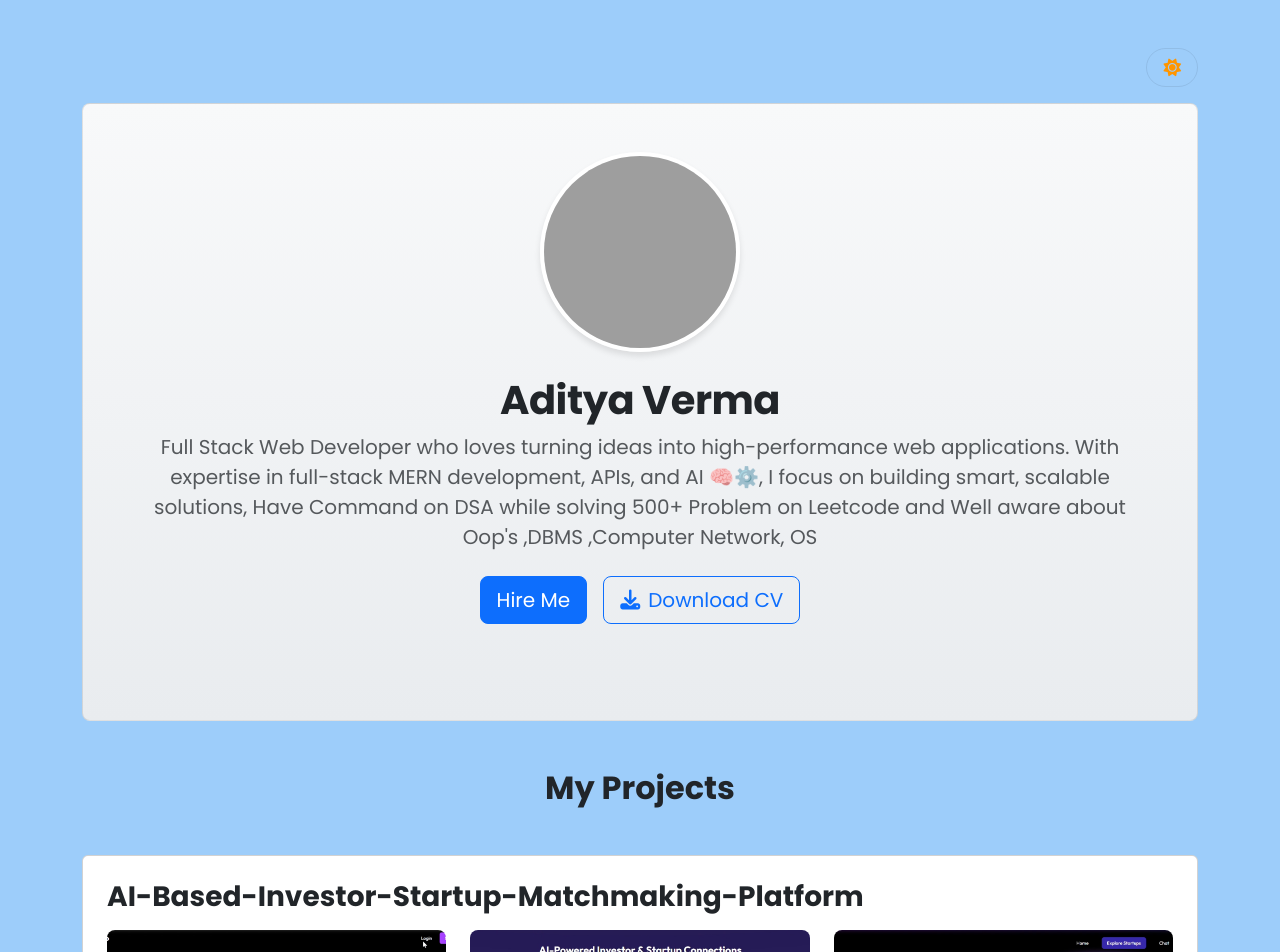
Repository: AdityaTech-Pro/Portfolio-Aditya-Verma
Page: Aditya Portfolio/index.html
An editor plug-in stored every save of this project. The page is shown before and after the next save, followed by the edit.
The browser window is 1280 px wide. The pictures show the part of the page from y = 0 to 952 px (the page is 4999 px tall before and 5135 px after).
Pictures or frames that could not be fetched are drawn as grey boxes.

Above is the page before, as saved 2026-01-07 23:18:35.

After the next save:
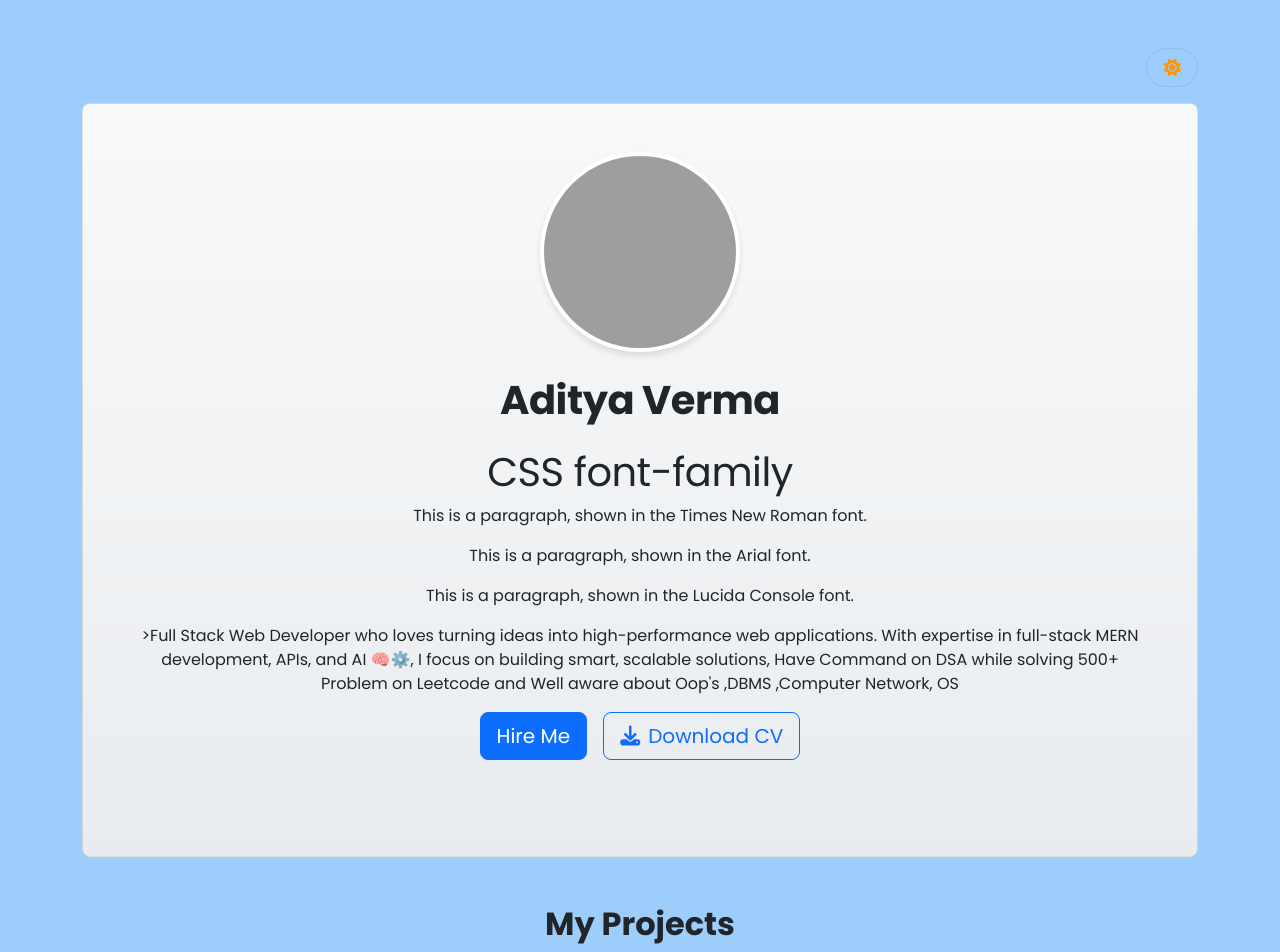
Saved 11 s later.
--- a/Aditya Portfolio/index.html
+++ b/Aditya Portfolio/index.html
@@ -221,8 +221,34 @@
             <img src="https://avatars.githubusercontent.com/u/219658559?s=400&u=7e5a78b2bf82817b3f897e4e53b1019b24af58ee&v=4" alt="Profile Picture" class="profile-img img-fluid rounded-circle mb-4">
 
             <h1 class="fw-bold mb-2">Aditya Verma</h1>
-            <p class="text-muted fs-5 mb-4" font>Full Stack Web Developer who loves turning ideas into high-performance web applications. With expertise in full-stack MERN development, APIs, and AI 🧠⚙️, I focus on building smart, scalable solutions, Have Command on DSA while solving 500+
-                Problem on Leetcode and Well aware about Oop's ,DBMS ,Computer Network, OS</p>
+            <p class="text-muted fs-5 mb-4" <!DOCTYPE html>
+                <html>
+
+                <head>
+                    <style>
+                        .p1 {
+                            font-family: &Times New Roman&, Times, serif;
+                        }
+
+                        .p2 {
+                            font-family: Arial, Helvetica, sans-serif;
+                        }
+
+                        .p3 {
+                            font-family: &Lucida Console&, &Courier New&, monospace;
+                        }
+                    </style>
+                </head>
+
+                <body>
+                    <h1>CSS font-family</h1>
+                    <p class=&p1&>This is a paragraph, shown in the Times New Roman font.</p>
+                    <p class=&p2&>This is a paragraph, shown in the Arial font.</p>
+                    <p class=&p3&>This is a paragraph, shown in the Lucida Console font.</p>
+                </body>
+
+                </html>>Full Stack Web Developer who loves turning ideas into high-performance web applications. With expertise in full-stack MERN development, APIs, and AI 🧠⚙️, I focus on building smart, scalable solutions, Have Command on DSA while solving
+                500+ Problem on Leetcode and Well aware about Oop's ,DBMS ,Computer Network, OS</p>
 
             <!-- Action Buttons -->
             <div class="d-flex justify-content-center gap-3 mb-5">
